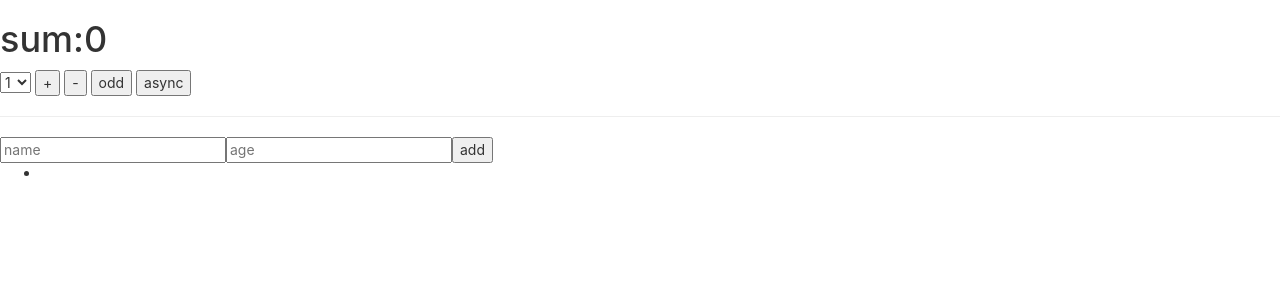
Repository: Shanshan67/React_a
Page: /
An editor plug-in stored every save of this project. The page is shown before and after the next save, followed by the edit.
The browser window is 1280 px wide. The pictures show the whole page.
The project was rebuilt for these pictures with package versions that can differ from the ones it lists, and the page was loaded fresh each time.

Above is the page before, as saved 2022-12-09 00:04:44.

After the next save:
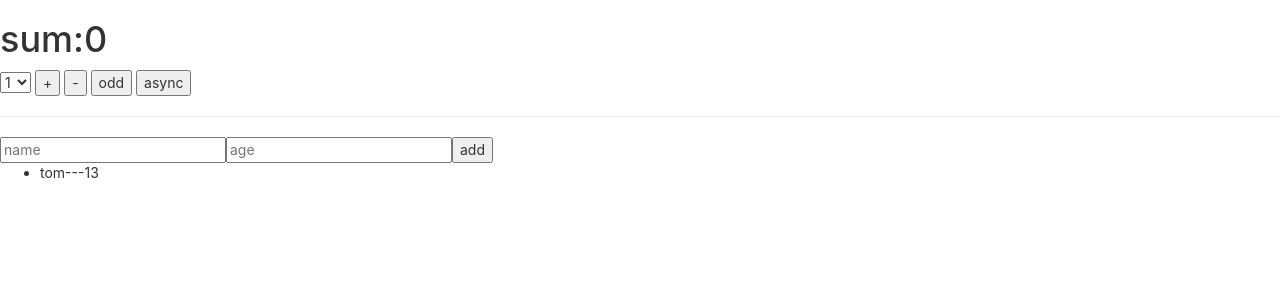
Saved 40 s later.
--- a/src/containers/Person/index.jsx
+++ b/src/containers/Person/index.jsx
@@ -19,8 +19,8 @@ class Person extends Component {
             <button onClick={this.addPerson}>add</button>
             <ul>
                 {
-                    this.props.yiduiren.map((personObj) => {
-                        return <li>{}{} </li>
+                    this.props.yiduiren.map((per) => {
+                        return <li key={per.id}>{per.name}---{per.age} </li>
                     })
                 }
             </ul>
